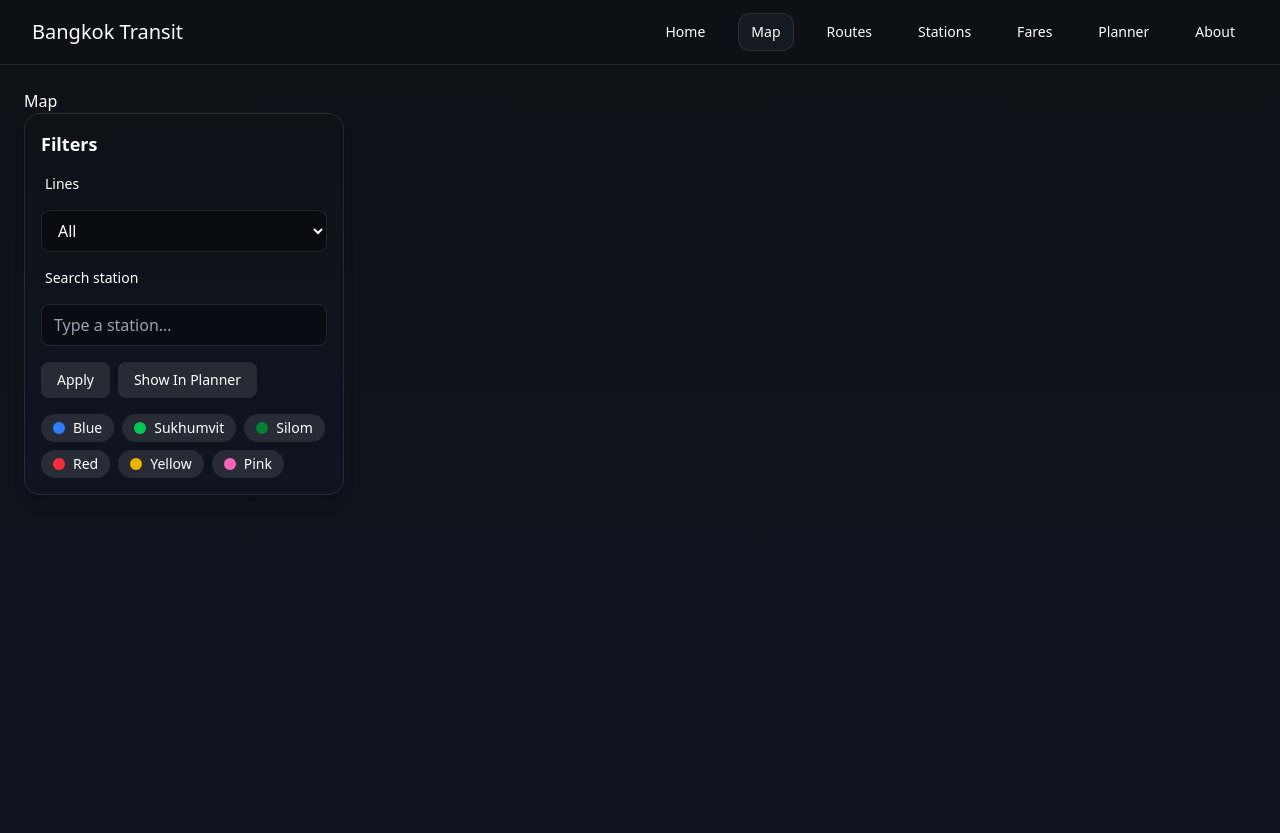
Repository: pyaestk/Bangkok-transit-map
Page: /map
An editor plug-in stored every save of this project. The page is shown before and after the next save, followed by the edit.
The browser window is 1280 px wide. The pictures show the whole page.
The project was rebuilt for these pictures with package versions that can differ from the ones it lists, and the page was loaded fresh each time. Also part of the build but not shown: vite.config.ts, src/pages/Home.tsx, src/pages/Planner.tsx, src/pages/Stations.tsx, src/pages/TrainRoutes.tsx, src/pages/Fares.tsx, src/pages/About.tsx.

Above is the page before, as saved 2025-10-04 10:03:23.

After the next save:
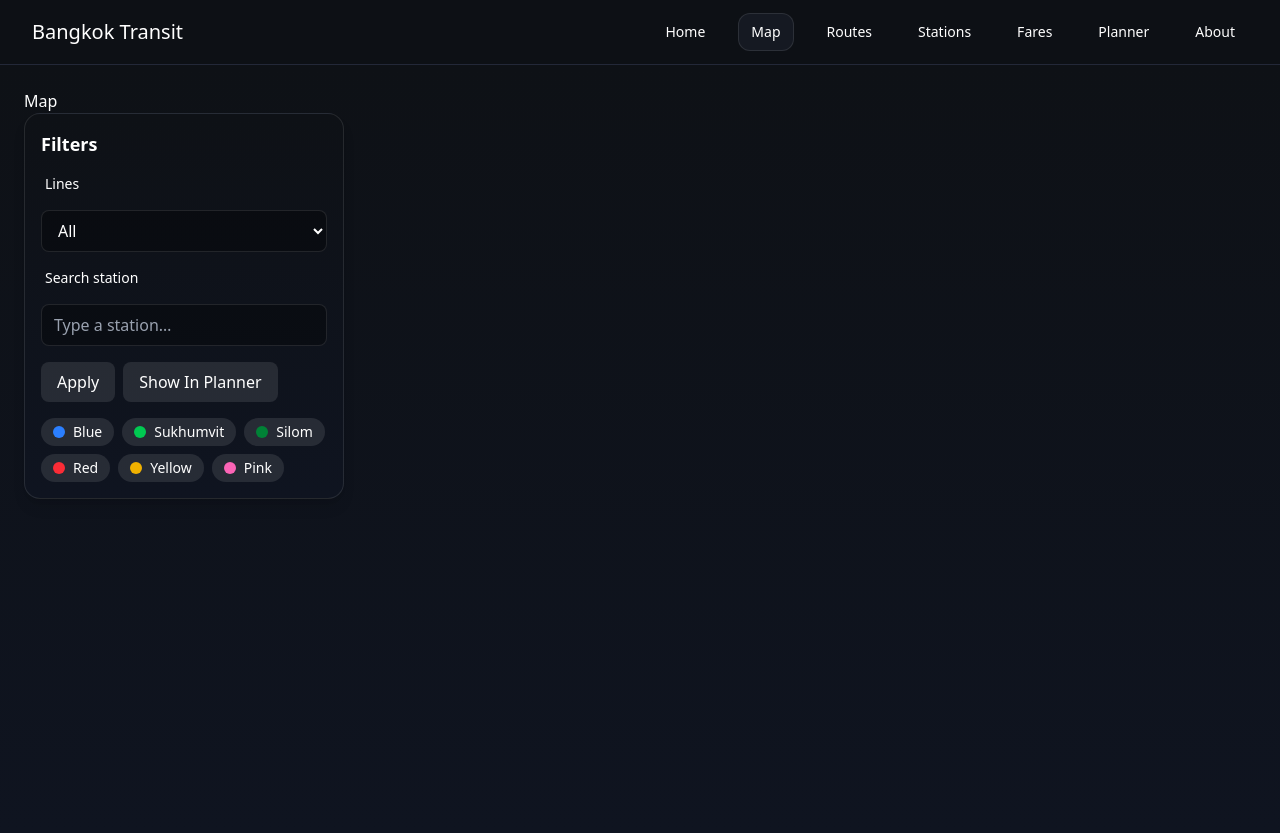
Saved 11 s later.
--- a/src/component/FiltersCard.tsx
+++ b/src/component/FiltersCard.tsx
@@ -22,8 +22,8 @@ export default function FiltersCard() {
 
       {/* Buttons */}
       <div className="flex space-x-2 mt-4">
-        <button className="px-4 py-2 rounded-lg bg-white/10 hover:bg-white/20 text-sm">Apply</button>
-        <button className="px-4 py-2 rounded-lg bg-white/10 hover:bg-white/20 text-sm">Show In Planner</button>
+        <button className="px-4 py-2 rounded-lg bg-white/10 hover:bg-white/20">Apply</button>
+        <button className="px-4 py-2 rounded-lg bg-white/10 hover:bg-white/20">Show In Planner</button>
       </div>
 
       {/* Line Pills */}
